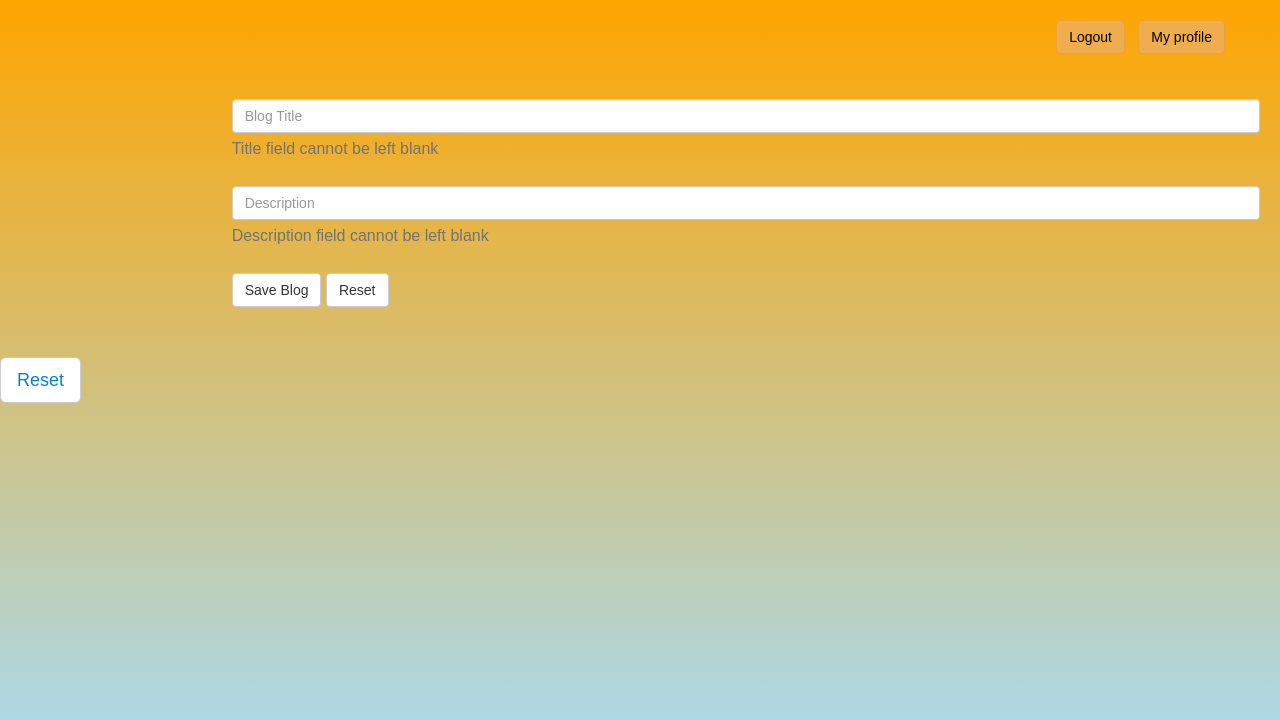
Repository: KaustubhKamat/CollaborationPlatform
Page: CollaborationFrontEnd/WebContent/c_blog/CreateBlog.html
An editor plug-in stored every save of this project. The page is shown before and after the next save, followed by the edit.
The browser window is 1280 px wide. The pictures show the whole page.
Some web libraries are served in a nearby version.

Above is the page before, as saved 2017-03-14 05:21:35.

### CollaborationFrontEnd/WebContent/c_blog/CreateBlog.html
<html>
<head>
<meta charset="ISO-8859-1">
<title>Insert title here</title>
<link rel="stylesheet"
	href="https://maxcdn.bootstrapcdn.com/bootstrap/3.3.7/css/bootstrap.min.css">
<script
	src="https://ajax.googleapis.com/ajax/libs/jquery/1.12.4/jquery.min.js"></script>
<link rel="stylesheet"
	href="https://maxcdn.bootstrapcdn.com/font-awesome/4.4.0/css/font-awesome.min.css">
<script
	src="https://maxcdn.bootstrapcdn.com/bootstrap/3.3.7/js/bootstrap.min.js"></script>
</head>
<body>

<head>

<link rel="stylesheet"
	href="https://maxcdn.bootstrapcdn.com/bootstrap/3.3.7/css/bootstrap.min.css">
<script
	src="https://ajax.googleapis.com/ajax/libs/jquery/3.1.1/jquery.min.js"></script>
<script
	src="https://maxcdn.bootstrapcdn.com/bootstrap/3.3.7/js/bootstrap.min.js"></script>
<style>
body {
	font-family: sans-serif;

}

form {
	margin: 25px auto;
	font-size: medium;
	padding: 10px 20px;
	border-radius: 10px;
	text-align: justify;
}

body {
	background: linear-gradient(orange, lightblue);
}

h2 {
	text-align: center;
}

</style>
<meta http-equiv="Content-Type" content="text/html; charset=ISO-8859-1">
<title>Insert title here</title>
</head>

<body ng-app="">

<div class="UserController as ctrl">
<div class="container">
		<div class="nav navbar-nav navbar-right">
			<h3>
				<a href="#" ng-click="ctrl.logoutUser()" class="btn btn-warning"
					style="color: black"> Logout</a> &nbsp<a href="#/myProfile"
					class="btn btn-warning" style="color: black">My profile</a>
			</h3>
		</div>
		</div>
		</div>

<div ng-controller="BlogController as ctrl">





<form name="form" ng-submit="ctrl.submit()" class="form-horizontal" role="form">
		<div class="form-group" ng-class="{'has-error' : form.id.$dirty && form.id.$error.required}">
    <div class="col-sm-offset-2 col-sm-10">
      <input type="text" class="form-control" placeholder="Blog Title" ng-model="ctrl.blog.title" id="" name="title" required>
      <span ng-show="form.title.$dirty && form.title.$error.required" class="help-block">Title field cannot be left blank</span>
    </div>
  </div>

   <div class="form-group" ng-class="{'has-error' : form.description.$dirty && form.description.$error.required}">
    <div class="col-sm-offset-2 col-sm-10">
      <input type="text" class="form-control" placeholder="Description" ng-model="ctrl.blog.description" id="description" name="description" required>
      <span ng-show="form.description.$dirty && form.description.$error.required" class="help-block">Description field cannot be left blank</span>
    </div>
  </div>

		<div class="form-group">
			<div class="col-sm-offset-2 col-sm-10">
				<button type="submit" class="btn btn-default">Save Blog</button>
				<button type="submit" class="btn btn-default" ng-click="ctrl.reset()">Reset</button>
		</div>
		</div>
	</form>
	</div>
</td>


<button style="color: #0084c6" type="button"
ng-click="ctrl.reset()" class="btn btn-default btn-lg">Reset</button>
 </body>
 </html>

After the next save:
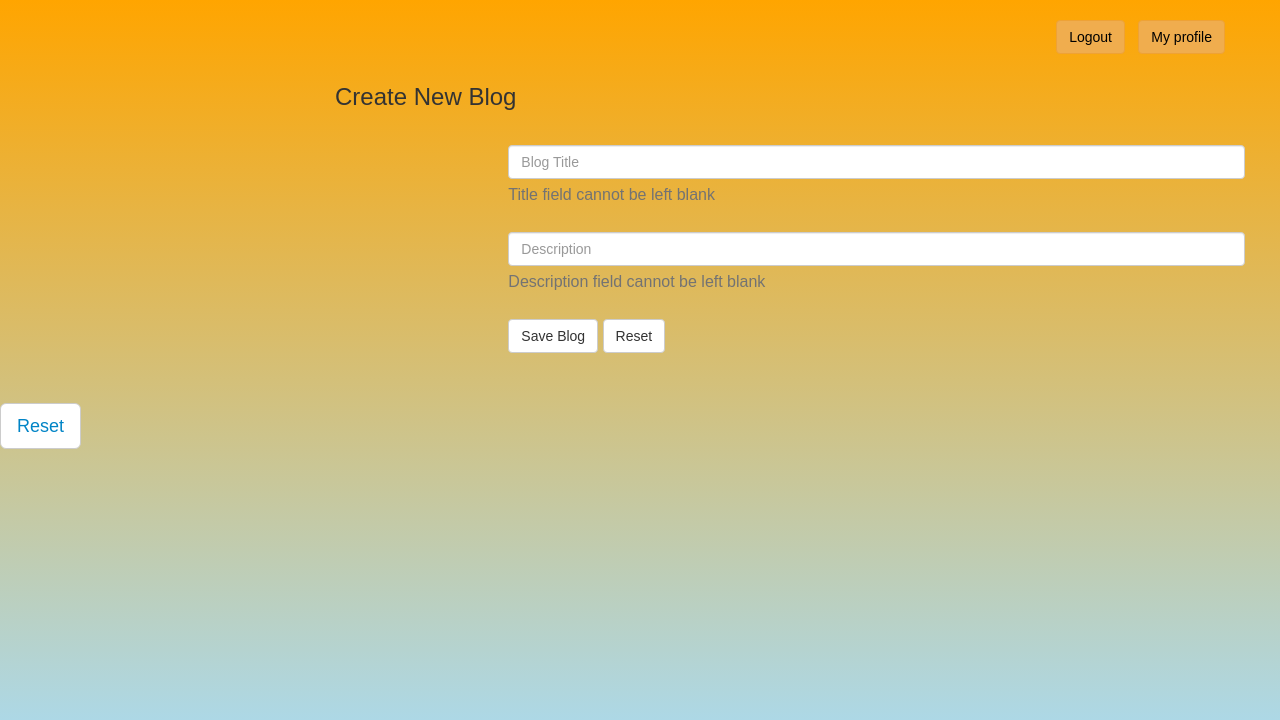
Saved 87 s later.
--- a/CollaborationFrontEnd/WebContent/c_blog/CreateBlog.html
+++ b/CollaborationFrontEnd/WebContent/c_blog/CreateBlog.html
@@ -64,7 +64,8 @@ h2 {
 
 <div ng-controller="BlogController as ctrl">
 
-
+<div class="col-md-9 col-md-offset-3">
+		<h3>Create New Blog</h3>
 
 
 
